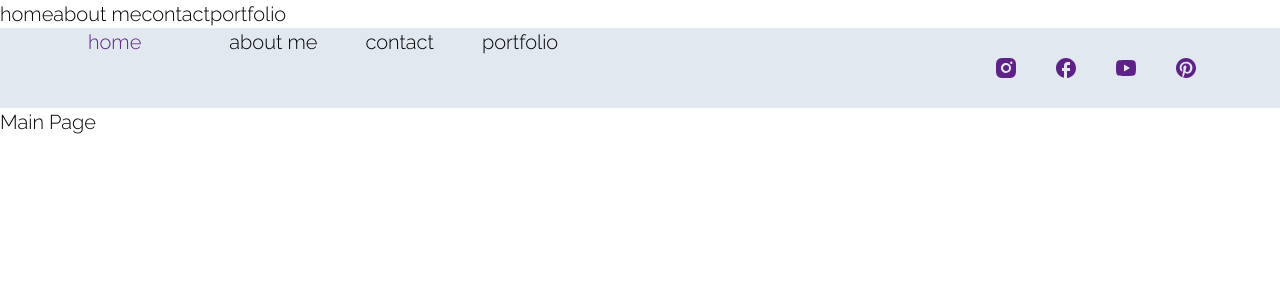
Repository: hubertrh/klaudia-personal-next
Page: /
These files come from the project's save history. The page is drawn as it stood at one moment and after the next save; the edit follows.
The browser window is 1280 px wide. The pictures show the whole page.
The project was rebuilt for these pictures with package versions that can differ from the ones it lists, and the page was loaded fresh each time. The framework's server and built-in components were replaced by stand-ins that run in the browser. Also part of the build but not shown: next.config.js.

Above is the page before, as saved 2023-08-11 18:12:19.

### app/layout.tsx
import './globals.css';
import type { Metadata } from 'next';
import { Inter } from 'next/font/google';
import Link from 'next/link';

const inter = Inter({ subsets: ['latin'] });

export const metadata: Metadata = {
  title: 'Klaudia Rogala-Haracz',
  description: 'Portrait and reportage photography. Based in London.',
};

export default function RootLayout({
  children,
}: {
  children: React.ReactNode;
}) {
  return (
    <html lang="en">
      <body className={inter.className}>
        <header>
          <nav>
            <Link href="#!">home</Link>
            <Link href="#!">about me</Link>
            <Link href="#!">contact</Link>
            <Link href="#!">portfolio</Link>
          </nav>
          <div></div>
        </header>
        {children}
      </body>
    </html>
  );
}

### app/(site)/layout.tsx
import '../globals.css';
import type { Metadata } from 'next';
import { Raleway } from 'next/font/google';
import Image from 'next/image';
import Link from 'next/link';
import igIcon from '@/public/icons/ig-icon.svg';
import fbIcon from '@/public/icons/fb-icon.svg';
import ytIcon from '@/public/icons/yt-icon.svg';
import pinIcon from '@/public/icons/pin-icon.svg';

const raleway = Raleway({ weight: '300', subsets: ['latin'] });

export const metadata: Metadata = {
  title: 'Klaudia Rogala-Haracz',
  description: 'Portrait and reportage photography. Based in London.',
};

export default function RootLayout({
  children,
}: {
  children: React.ReactNode;
}) {
  return (
    <html lang="en">
      <body className={`${raleway.className} text-xl`}>
        <header className="flex h-20 justify-between bg-slate-200 px-16">
          <nav className="nav">
            <Link className="!ml-0 !mr-10 text-primary" href="/">
              home
            </Link>
            <Link href="#!">about me</Link>
            <Link href="#!">contact</Link>
            <Link href="/portfolio">portfolio</Link>
          </nav>
          <div className="social-icons flex items-center">
            <Link href="https://www.instagram.com/_klaudiarogala/">
              <Image src={igIcon} alt="Instagram icon" />
            </Link>
            <Link href="https://www.facebook.com/klaudiarogalaphotographer/">
              <Image src={fbIcon} alt="Facebook icon" />
            </Link>
            <Link href="https://www.youtube.com/channel/UCyVfMWp16X_wYCG9213YOQw/">
              <Image src={ytIcon} alt="YouTube icon" />
            </Link>
            <Link href="https://www.pinterest.com/zuzannnnaa/">
              <Image src={pinIcon} alt="Pinterest icon" />
            </Link>
            {/* <a class="lang-btn" href="/pl/index.html"><img src="/icons/flag-pl.svg" /></a> */}
          </div>
        </header>
        {children}
      </body>
    </html>
  );
}

### app/(site)/page.tsx
export default function Home() {
  return <div>Main Page</div>;
}

### app/globals.css
@tailwind base;
@tailwind components;
@tailwind utilities;

:root {
  --foreground-rgb: 0, 0, 0;
  --background-rgb: 255, 255, 255;
}

body {
  color: rgb(var(--foreground-rgb));
  background: rgb(var(--background-end-rgb));
}

.nav > * {
  @apply relative px-6 py-6 transition-all duration-300 before:absolute before:bottom-4 before:left-1/2 before:h-[1.5px] before:w-0 before:-translate-x-1/2 before:bg-primary before:transition-all before:duration-300 before:ease-out before:content-[''] hover:text-primary hover:before:w-full;
}

.social-icons > * {
  @apply px-5 py-3;
}

### tailwind.config.js
/** @type {import('tailwindcss').Config} */
module.exports = {
  content: [
    './pages/**/*.{js,ts,jsx,tsx,mdx}',
    './components/**/*.{js,ts,jsx,tsx,mdx}',
    './app/**/*.{js,ts,jsx,tsx,mdx}',
  ],
  theme: {
    extend: {
      colors: {
        primary: '#5D2187',
      },
      backgroundImage: {
        'gradient-radial': 'radial-gradient(var(--tw-gradient-stops))',
        'gradient-conic':
          'conic-gradient(from 180deg at 50% 50%, var(--tw-gradient-stops))',
      },
    },
  },
  plugins: [],
};

After the next save:
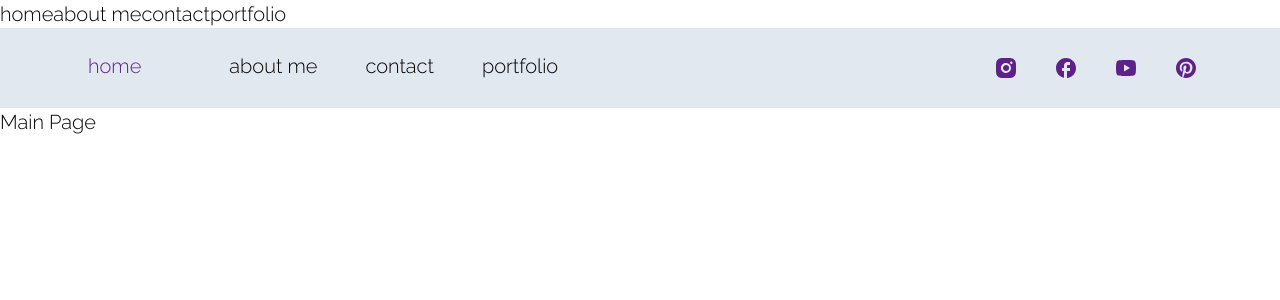
Saved 34 min 20 s later.
--- a/app/(site)/layout.tsx
+++ b/app/(site)/layout.tsx
@@ -24,7 +24,7 @@ export default function RootLayout({
     <html lang="en">
       <body className={`${raleway.className} text-xl`}>
         <header className="flex h-20 justify-between bg-slate-200 px-16">
-          <nav className="nav">
+          <nav className="nav flex">
             <Link className="!ml-0 !mr-10 text-primary" href="/">
               home
             </Link>
